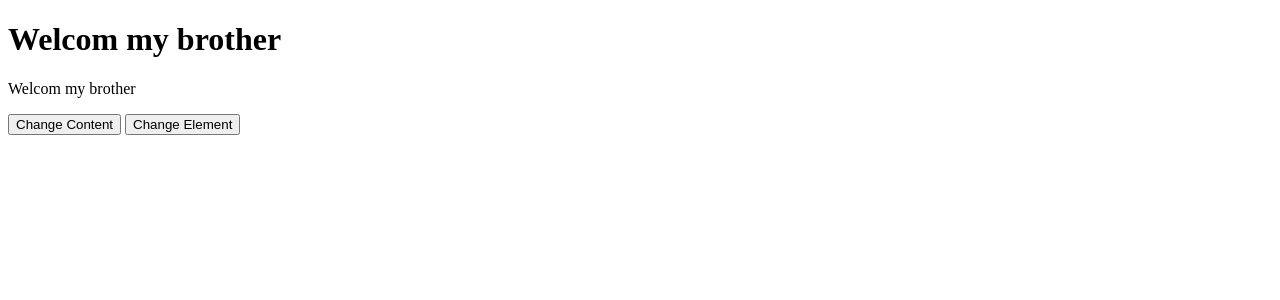
Repository: jamalissef-glitch/exercise1-JS
Page: Exercise34/index.html
An editor plug-in stored every save of this project. The page is shown before and after the next save, followed by the edit.
The browser window is 1280 px wide. The pictures show the whole page.
After loading, the first visible `button` was clicked once.

Above is the page before, as saved 2026-07-14 19:06:11.

After the next save:
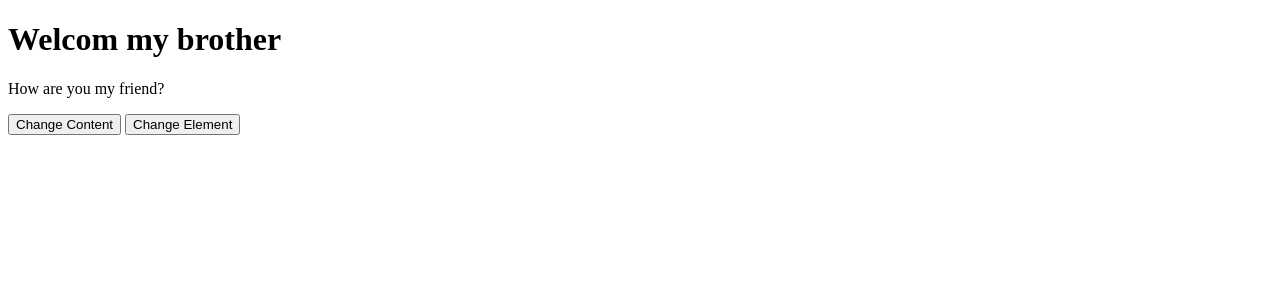
Saved 5 s later.
--- a/Exercise34/main.js
+++ b/Exercise34/main.js
@@ -12,6 +12,6 @@ function changeContent() {
 
  // Change text
 
- pragraph.innerHTML = `Welcom my brother`;
+ pragraph.innerHTML = `How are you my friend?`;
 
 }
